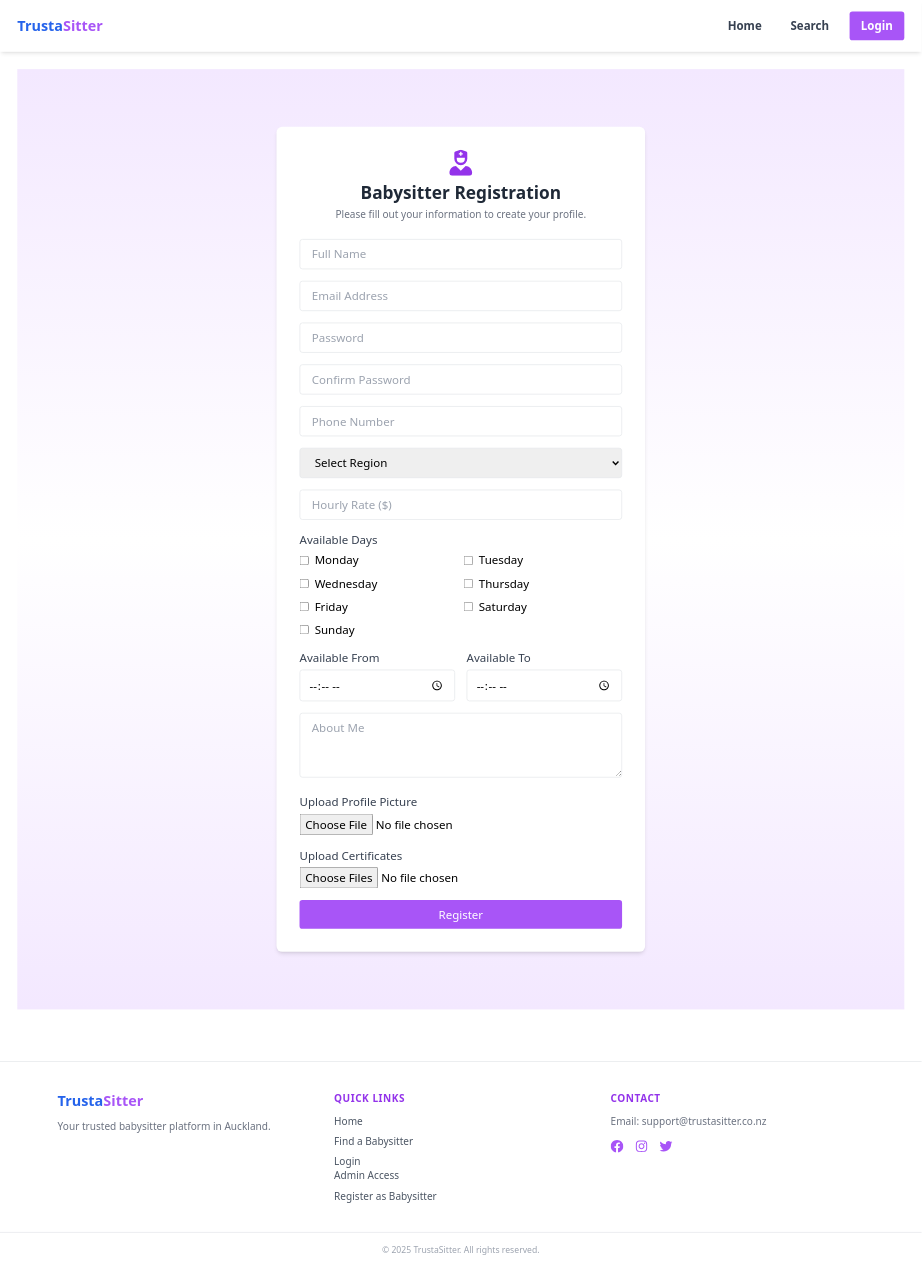
Repository: LargeWC-Code/TrustaSitter
Page: /register-babysitter (app in trustasitter-frontend/)
The author's editor kept a copy of each file at every save. The page is drawn from the files as they stood at one save, then again after the next save.
The browser window is 1280 px wide. The pictures show the whole page, at 72% of full size.
The project was rebuilt for these pictures with package versions that can differ from the ones it lists, and the page was loaded fresh each time. Also part of the build but not shown: trustasitter-frontend/vite.config.js, trustasitter-frontend/src/pages/Home.jsx, trustasitter-frontend/src/pages/Search.jsx, trustasitter-frontend/src/services/api.js, trustasitter-frontend/src/pages/Login.jsx, trustasitter-frontend/src/pages/Bookings.jsx, trustasitter-frontend/src/pages/ChooseRole.jsx, trustasitter-frontend/src/pages/RegisterClient.jsx and 7 more.

Above is the page before, as saved 2025-07-03 16:41:47.

### trustasitter-frontend/index.html
<!doctype html>
<html lang="en">
  <head>
    <meta charset="UTF-8" />
    <link rel="icon" type="image/png" href="/image.png" />
    <meta name="viewport" content="width=device-width, initial-scale=1.0" />
    <title>TrustaSitter</title>
  </head>
  <body>
    <div id="root"></div>
    <script type="module" src="/src/main.jsx"></script>
  </body>
</html>

### trustasitter-frontend/src/main.jsx
import React from 'react';
import ReactDOM from 'react-dom/client';
import App from './App';
import './index.css'; // Importing global styles
import { BrowserRouter } from 'react-router-dom';
import { AuthProvider } from './context/AuthContext';

ReactDOM.createRoot(document.getElementById('root')).render(
  <React.StrictMode>
    <AuthProvider>
        <App />
      </AuthProvider>
    </React.StrictMode>
);

### trustasitter-frontend/src/App.jsx
// App.jsx – Router setup with Navbar
import React from 'react';
import { BrowserRouter as Router, Routes, Route } from 'react-router-dom';

import Navbar from './components/Navbar';
import Footer from './components/Footer';
import Home from './pages/Home';
import Search from './pages/Search';
import Login from './pages/Login';
import Bookings from './pages/Bookings';
import ChooseRole from './pages/ChooseRole';
import RegisterBabysitter from './pages/RegisterBabysitter';
import RegisterClient from './pages/RegisterClient';
import HomeClient from './pages/HomeClient';
import HomeBabysitter from './pages/HomeBabysitter';
import ProfileBabysitter from "./pages/ProfileBabysitter";
import ProfileClient from './pages/ProfileClient';
import ScrollToTop from './components/ScrollToTop';
import ProtectedRoute from './components/ProtectedRoute';
import AdminDashboard from "./pages/AdminDashboard";
import AdminLogin from './pages/AdminLogin';

const App = () => {
  return (
    <Router>
      <ScrollToTop />
      <Navbar />
      <div className="p-6">
        <Routes>
          {/* Admin Login */}
          <Route path="/admin-login" element={<AdminLogin />} />

          {/* Admin Protected */}
          <Route
            path="/admin"
            element={
              <ProtectedRoute allowedRoles={["admin"]}>
                <AdminDashboard />
              </ProtectedRoute>
            }
          />

          {/* Public Routes */}
          <Route path="/" element={<Home />} />
          <Route path="/search" element={<Search />} />
          <Route path="/login" element={<Login />} />
          <Route path="/choose-role" element={<ChooseRole />} />
          <Route path="/register-babysitter" element={<RegisterBabysitter />} />
          <Route path="/register-client" element={<RegisterClient />} />

          {/* Protected Routes for Clients */}
          <Route
            path="/homeclient"
            element={
              <ProtectedRoute allowedRoles={["user"]}>
                <HomeClient />
              </ProtectedRoute>
            }
          />
          <Route
            path="/bookings"
            element={
              <ProtectedRoute allowedRoles={["user"]}>
                <Bookings />
              </ProtectedRoute>
            }
          />
          <Route
            path="/profile-client"
            element={
              <ProtectedRoute allowedRoles={["user"]}>
                <ProfileClient />
              </ProtectedRoute>
            }
          />

          {/* Protected Routes for Babysitters */}
          <Route
            path="/home-babysitter"
            element={
              <ProtectedRoute allowedRoles={["babysitter"]}>
                <HomeBabysitter />
              </ProtectedRoute>
            }
          />
          <Route
            path="/profile"
            element={
              <ProtectedRoute allowedRoles={["babysitter"]}>
                <ProfileBabysitter />
              </ProtectedRoute>
            }
          />
        </Routes>
      </div>
      <Footer />
    </Router>
  );
};

export default App;

### trustasitter-frontend/src/context/AuthContext.jsx
import React, { createContext, useState, useEffect } from "react";

export const AuthContext = createContext();

export const AuthProvider = ({ children }) => {
  const [user, setUser] = useState(null);
  const [token, setToken] = useState(null);
  const [role, setRole] = useState(null);
  const [isLoading, setIsLoading] = useState(true); // Indicates that charging has not finished

  useEffect(() => {
    const storedToken = localStorage.getItem("token");
    const storedUser = localStorage.getItem("user");
    const storedRole = localStorage.getItem("role");
    if (storedToken && storedUser) {
      setToken(storedToken);
      setUser(JSON.parse(storedUser));
      setRole(storedRole);
    }
    setIsLoading(false); // Indicates that charging has finished
  }, []);

  const login = (data) => {
    setToken(data.token);
    setUser(data.user);
    setRole(data.role);
    localStorage.setItem("token", data.token);
    localStorage.setItem("user", JSON.stringify(data.user));
    localStorage.setItem("role", data.role);
  };

  const logout = () => {
    setToken(null);
    setUser(null);
    setRole(null);
    localStorage.removeItem("token");
    localStorage.removeItem("user");
    localStorage.removeItem("role");
  };

  return (
    <AuthContext.Provider value={{ user, token, role, isLoading, login, logout }}>
      {children}
    </AuthContext.Provider>
  );
};

### trustasitter-frontend/src/components/Navbar.jsx
import React, { useContext } from "react";
import { Link, useNavigate } from "react-router-dom";
import { AuthContext } from "../context/AuthContext";

function Navbar() {
  const { user, role, logout } = useContext(AuthContext);
  const navigate = useNavigate();

  const handleLogout = () => {
    logout();
    navigate("/");
  };

  return (
    <nav className="bg-white shadow-md px-6 py-4 flex justify-between items-center">
      {/* Logo */}
      <div className="text-xl font-bold">
        <Link to="/" className="text-xl font-bold">
          <span className="text-blue-600">Trusta</span>
          <span className="text-purple-500">Sitter</span>
        </Link>
      </div>

      {/* Navigation Links */}
      <div className="flex items-center gap-4">
        <Link
          to="/"
          className="text-gray-700 font-semibold px-3 py-2 rounded hover:bg-purple-50 hover:text-purple-600 transition"
        >
          Home
        </Link>
        {role !== "babysitter" && (
          <Link
            to="/search"
            className="text-gray-700 font-semibold px-3 py-2 rounded hover:bg-purple-50 hover:text-purple-600 transition"
          >
            Search
          </Link>
        )}

        {!user && (
          <Link
            to="/login"
            className="bg-purple-500 hover:bg-purple-600 text-white font-semibold px-4 py-2 rounded transition"
          >
            Login
          </Link>
        )}

        {user && (
          <>
            {/* Dashboard link based on role */}
            <Link
              to={role === "user" ? "/homeclient" : "/home-babysitter"}
              className="text-gray-700 font-semibold px-3 py-2 rounded hover:bg-purple-50 hover:text-purple-600 transition"
            >
              Dashboard
            </Link>

            {/* Profile link based on role */}
            <Link
              to={role === "user" ? "/profile-client" : "/profile"}
              className="text-gray-700 font-semibold px-3 py-2 rounded hover:bg-purple-50 hover:text-purple-600 transition"
            >
              My Profile
            </Link>

            <button
              onClick={handleLogout}
              className="bg-red-500 hover:bg-red-600 text-white font-semibold px-4 py-2 rounded transition"
            >
              Logout
            </button>
          </>
        )}
      </div>
    </nav>
  );
}

export default Navbar;

### trustasitter-frontend/src/components/Footer.jsx
import React from 'react';
import { Link } from 'react-router-dom';
import { FaFacebook, FaInstagram, FaTwitter } from 'react-icons/fa';

const Footer = () => {
  return (
    <footer className="bg-white border-t mt-12">
      <div className="max-w-6xl mx-auto px-4 py-10 grid md:grid-cols-3 gap-8 text-sm text-gray-600">
        {/* Logo and description */}
        <div>
          <h2 className="text-xl font-bold mb-3">
            <span className="text-blue-600">Trusta</span>
            <span className="text-purple-500">Sitter</span>
          </h2>
          <p className="text-gray-500">Your trusted babysitter platform in Auckland.</p>
        </div>

        {/* Quick Links */}
        <div>
          <h3 className="font-semibold mb-3 text-purple-600 uppercase tracking-wider">Quick Links</h3>
          <ul className="space-y-2">
            <li>
              <Link
                to="/"
                onClick={() => window.scrollTo(0, 0)}
                className="hover:underline hover:text-purple-600 transition"
              >
                Home
              </Link>
            </li>
            <li>
              <Link
                to="/search"
                onClick={() => window.scrollTo(0, 0)}
                className="hover:underline hover:text-purple-600 transition"
              >
                Find a Babysitter
              </Link>
            </li>
            <li>
              <Link
                to="/login"
                onClick={() => window.scrollTo(0, 0)}
                className="hover:underline hover:text-purple-600 transition"
              >
                Login
              </Link>
            </li>
              <Link
                to="/admin-login"
                onClick={() => window.scrollTo(0, 0)}
                className="hover:underline hover:text-purple-600 transition"
              >
                Admin Access
              </Link>
            <li>
              <Link
                to="/register-babysitter"
                onClick={() => window.scrollTo(0, 0)}
                className="hover:underline hover:text-purple-600 transition"
              >
                Register as Babysitter
              </Link>
            </li>
          </ul>
        </div>

        {/* Contact and socials */}
        <div>
          <h3 className="font-semibold mb-3 text-purple-600 uppercase tracking-wider">Contact</h3>
          <p className="text-gray-500">Email: support@trustasitter.co.nz</p>
          <div className="flex space-x-4 mt-4">
            <a href="#" className="text-purple-500 hover:text-purple-700 transition">
              <FaFacebook size={18} />
            </a>
            <a href="#" className="text-purple-500 hover:text-purple-700 transition">
              <FaInstagram size={18} />
            </a>
            <a href="#" className="text-purple-500 hover:text-purple-700 transition">
              <FaTwitter size={18} />
            </a>
          </div>
        </div>
      </div>
      <div className="text-center text-xs text-gray-400 py-4 border-t">
        © {new Date().getFullYear()} TrustaSitter. All rights reserved.
      </div>
    </footer>
  );
};

export default Footer;

### trustasitter-frontend/src/pages/RegisterBabysitter.jsx
// src/pages/RegisterBabysitter.jsx
import React, { useState, useContext } from "react";
import { useNavigate } from "react-router-dom";
import axios from "axios";
import { AuthContext } from "../context/AuthContext";
import { FaUserNurse } from "react-icons/fa";

const RegisterBabysitter = () => {
  // Access login context
  const { login } = useContext(AuthContext);
  const navigate = useNavigate();

  // Form state
  const [formData, setFormData] = useState({
    name: "",
    email: "",
    password: "",
    confirmPassword: "",
    phone: "",
    region: "",
    rate: "",
    availableDays: [],
    availableFrom: "",
    availableTo: "",
    about: "",
    profilePicture: null,
    certificates: [],
  });

  // Error and success messages
  const [error, setError] = useState("");
  const [success, setSuccess] = useState("");

  // Handle field changes
  const handleChange = (e) => {
    const { name, value, type, checked, files } = e.target;

    if (type === "checkbox") {
      setFormData((prev) => {
        const updatedDays = checked
          ? [...prev.availableDays, value]
          : prev.availableDays.filter((day) => day !== value);
        return { ...prev, availableDays: updatedDays };
      });
    } else if (type === "file") {
      if (name === "certificates") {
        setFormData((prev) => ({ ...prev, certificates: files }));
      } else {
        setFormData((prev) => ({ ...prev, profilePicture: files[0] }));
      }
    } else {
      setFormData((prev) => ({ ...prev, [name]: value }));
    }
  };

  // Handle form submission
  const handleSubmit = async (e) => {
    e.preventDefault();
    setError("");
    setSuccess("");

    // Validation
    if (
      !formData.name ||
      !formData.email ||
      !formData.password ||
      !formData.confirmPassword ||
      !formData.region ||
      !formData.availableFrom ||
      !formData.availableTo ||
      !formData.rate
    ) {
      setError("Please fill in all required fields.");
      return;
    }

    if (formData.password !== formData.confirmPassword) {
      setError("Passwords do not match.");
      return;
    }

    try {
      // Create babysitter
      await axios.post("http://localhost:3000/api/babysitters/register", {
        name: formData.name,
        email: formData.email,
        password: formData.password,
        phone: formData.phone,
        region: formData.region,
        available_days: formData.availableDays.join(","),
        available_from: formData.availableFrom,
        available_to: formData.availableTo,
        about: formData.about,
        rate: formData.rate,
        // For now, profilePicture and certificates are not being sent to backend
      });

      // Auto login
      const loginResponse = await axios.post(
        "http://localhost:3000/api/babysitters/login",
        {
          email: formData.email,
          password: formData.password,
        }
      );

      login({
        token: loginResponse.data.token,
        user: {
          ...loginResponse.data.babysitter,
          role: "babysitter",
        },
      });

      // Redirect to babysitter home
      navigate("/home-babysitter");
    } catch (err) {
      console.error(err);
      setError(
        err.response?.data?.error ||
          "Failed to create account. Please try again."
      );
    }
  };

  return (
    <div className="flex items-start justify-center min-h-screen bg-gradient-to-b from-purple-100 via-white to-purple-100 px-4 pt-20 pb-20">
      <div className="bg-white p-8 rounded-lg shadow-md w-full max-w-lg">
        {/* Header */}
        <div className="flex flex-col items-center mb-6">
          <FaUserNurse className="text-purple-600 text-4xl mb-2" />
          <h2 className="text-2xl font-bold text-gray-800">Babysitter Registration</h2>
          <p className="text-sm text-gray-500 text-center mt-1">
            Please fill out your information to create your profile.
          </p>
        </div>

        {/* Feedback messages */}
        {error && (
          <p className="text-red-500 text-center mb-4">{error}</p>
        )}
        {success && (
          <p className="text-green-600 text-center mb-4">{success}</p>
        )}

        {/* Registration Form */}
        <form className="space-y-4" onSubmit={handleSubmit}>
          {/* Name */}
          <input
            name="name"
            value={formData.name}
            onChange={handleChange}
            type="text"
            placeholder="Full Name"
            className="w-full px-4 py-2 border rounded focus:outline-none"
          />
          {/* Email */}
          <input
            name="email"
            value={formData.email}
            onChange={handleChange}
            type="email"
            placeholder="Email Address"
            className="w-full px-4 py-2 border rounded focus:outline-none"
          />
          {/* Password */}
          <input
            name="password"
            value={formData.password}
            onChange={handleChange}
            type="password"
            placeholder="Password"
            className="w-full px-4 py-2 border rounded focus:outline-none"
          />
          {/* Confirm Password */}
          <input
            name="confirmPassword"
            value={formData.confirmPassword}
            onChange={handleChange}
            type="password"
            placeholder="Confirm Password"
            className="w-full px-4 py-2 border rounded focus:outline-none"
          />
          {/* Phone */}
          <input
            name="phone"
            value={formData.phone}
            onChange={handleChange}
            type="text"
            placeholder="Phone Number"
            className="w-full px-4 py-2 border rounded focus:outline-none"
          />
          {/* Region */}
          <select
            name="region"
            value={formData.region}
            onChange={handleChange}
            className="w-full px-4 py-2 border rounded focus:outline-none"
          >
            <option value="">Select Region</option>
            <option value="Central">Central</option>
            <option value="East">East</option>
            <option value="West">West</option>
            <option value="North">North</option>
            <option value="South">South</option>
          </select>
          {/* Rate */}
          <input
            name="rate"
            value={formData.rate}
            onChange={handleChange}
            type="text"
            placeholder="Hourly Rate ($)"
            className="w-full px-4 py-2 border rounded focus:outline-none"
          />

          {/* Available Days */}
          <div>
            <label className="block mb-1 text-gray-700 font-medium">
              Available Days
            </label>
            <div className="grid grid-cols-2 gap-2">
              {["Monday", "Tuesday", "Wednesday", "Thursday", "Friday", "Saturday", "Sunday"].map(
                (day) => (
                  <label key={day} className="flex items-center gap-2">
                    <input
                      type="checkbox"
                      value={day}
                      checked={formData.availableDays.includes(day)}
                      onChange={handleChange}
                    />
                    <span>{day}</span>
                  </label>
                )
              )}
            </div>
          </div>

          {/* Available Hours */}
          <div className="flex gap-4">
            <div className="w-1/2">
              <label className="block mb-1 text-gray-700 font-medium">Available From</label>
              <input
                name="availableFrom"
                value={formData.availableFrom}
                onChange={handleChange}
                type="time"
                className="w-full px-3 py-2 border rounded focus:outline-none"
              />
            </div>
            <div className="w-1/2">
              <label className="block mb-1 text-gray-700 font-medium">Available To</label>
              <input
                name="availableTo"
                value={formData.availableTo}
                onChange={handleChange}
                type="time"
                className="w-full px-3 py-2 border rounded focus:outline-none"
              />
            </div>
          </div>

          {/* About Me */}
          <textarea
            name="about"
            value={formData.about}
            onChange={handleChange}
            placeholder="About Me"
            className="w-full px-4 py-2 border rounded focus:outline-none"
            rows="3"
          />

          {/* Profile Picture */}
          <div>
            <label className="block mb-1 text-gray-700 font-medium">
              Upload Profile Picture
            </label>
            <input
              type="file"
              name="profilePicture"
              onChange={handleChange}
              className="w-full"
            />
          </div>

          {/* Certificates */}
          <div>
            <label className="block mb-1 text-gray-700 font-medium">
              Upload Certificates
            </label>
            <input
              type="file"
              name="certificates"
              onChange={handleChange}
              className="w-full"
              multiple
            />
          </div>

          {/* Submit */}
          <button
            type="submit"
            className="w-full bg-purple-500 hover:bg-purple-600 text-white py-2 rounded transition"
          >
            Register
          </button>
        </form>
      </div>
    </div>
  );
};

export default RegisterBabysitter;

### trustasitter-frontend/src/components/ScrollToTop.jsx
import { useEffect } from "react";
import { useLocation } from "react-router-dom";

export default function ScrollToTop() {
  const { pathname } = useLocation();

  useEffect(() => {
    window.scrollTo(0, 0);
  }, [pathname]);

  return null;
}
// This component will scroll to the top of the page whenever the pathname changes.

Loaded but not shown: trustasitter-frontend/src/index.css (common file); trustasitter-frontend/tailwind.config.js (common file)

After the next save:
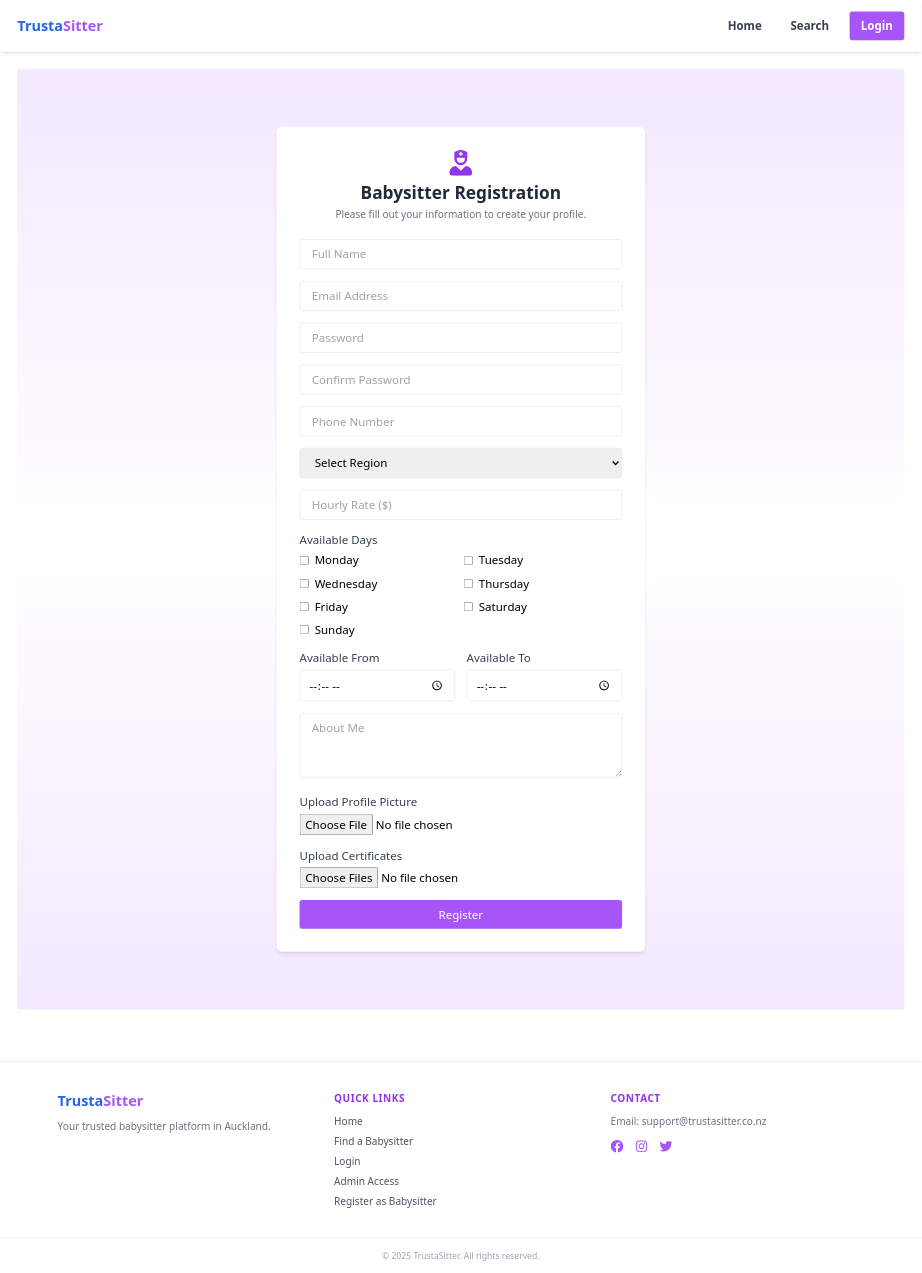
Saved 3 min 2 s later.
--- a/trustasitter-frontend/src/components/Footer.jsx
+++ b/trustasitter-frontend/src/components/Footer.jsx
@@ -46,6 +46,7 @@ const Footer = () => {
                 Login
               </Link>
             </li>
+            <li>
               <Link
                 to="/admin-login"
                 onClick={() => window.scrollTo(0, 0)}
@@ -53,6 +54,7 @@ const Footer = () => {
               >
                 Admin Access
               </Link>
+              </li>
             <li>
               <Link
                 to="/register-babysitter"
